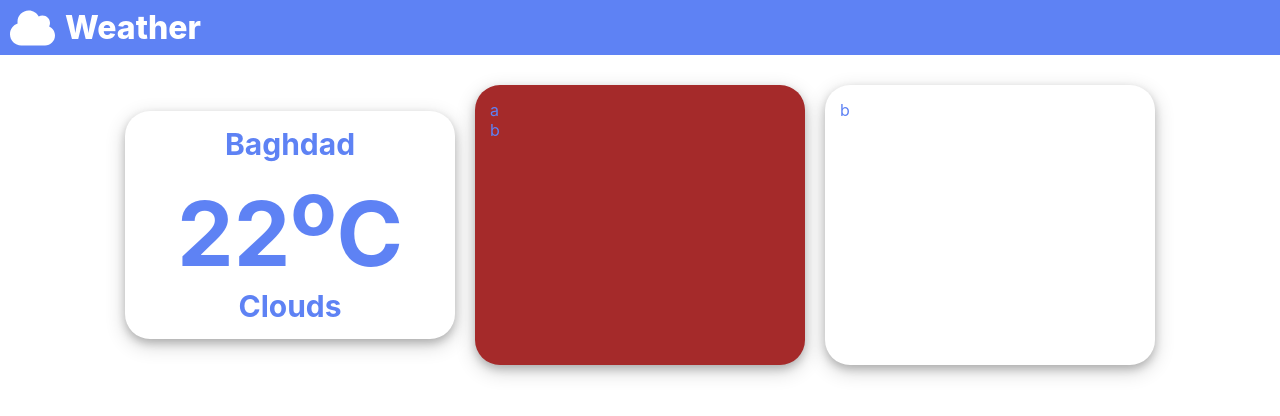
Repository: ahmedazawi/weather-app
Page: /
An editor plug-in stored every save of this project. The page is shown before and after the next save, followed by the edit.
The browser window is 1280 px wide. The pictures show the whole page.
The project was rebuilt for these pictures with package versions that can differ from the ones it lists, and the page was loaded fresh each time.

Above is the page before, as saved 2022-11-29 21:37:08.

### src/App.js
import "./App.css";
import Header from "./layout/Header";
import Details from "./components/Details";
function App() {
  return (
    <div className="App">
      <Header />
      <Details />
    </div>
  );
}

export default App;

### src/App.css
body {
  --primaryColor: #5e82f4;
  --borderRadius: 25px;
}

.nav {
  display: flex;
  align-items: center;
  height: 55px;
  background-color: var(--primaryColor);
}

### src/layout/Header.js
import React from "react";
import { FontAwesomeIcon } from "@fortawesome/react-fontawesome";
import { faCloud } from "@fortawesome/free-solid-svg-icons";
const Header = () => {
  return (
    <div className="nav">
      <div>
        <FontAwesomeIcon
          className="f-icon"
          icon={faCloud}
          color="White"
          style={{ marginLeft: "10px", fontSize: "40px" }}
        />
      </div>

      <h1 style={{ color: "white", marginLeft: "10px", fontWeight: "800" }}>
        Weather
      </h1>
    </div>
  );
};

export default Header;

### src/components/Details.js
import React from "react";
import "../assets/css/details.css";
const Details = () => {
  return (
    <div className="main">
      <div className="big-cards">
        <div>
          <div>Baghdad</div>
          <div
            style={{
              fontSize: "90px",
            }}
          >
            22<sup>o</sup>C
          </div>
          <div>Clouds</div>
        </div>
        <div>
          <div>a</div>
          <div>b</div>
        </div>
        <div>b</div>
      </div>
    </div>
  );
};

export default Details;

### src/assets/css/details.css
.main {
  width: 100%;
  display: flex;
  flex-direction: column;
}

.big-cards {
  width: 100%;
  min-height: fit-content;
  display: flex;
  flex-direction: row;
  flex-wrap: wrap;
  gap: 20px;
  align-items: center;
  justify-content: center;
  margin-top: 30px;
  color: var(--primaryColor);
}
.big-cards > div {
  width: 300px;
  height: 250px;
  background-color: white;
  padding: 15px;
  border-radius: var(--borderRadius);
  box-shadow: 0 4px 8px 0 rgba(0, 0, 0, 0.2), 0 6px 20px 0 rgba(0, 0, 0, 0.19);
}
.big-cards > div:first-child {
  display: flex;
  flex-direction: column;
  align-items: center;
  height: 100%;
}
.big-cards > div:first-child > div {
  font-size: 30px;
  font-weight: bold;
}
.big-cards > div:nth-child(2) {
  background-color: brown;
}

Loaded but not shown: public/index.html (common file); src/index.js (common file); src/index.css (common file)

After the next save:
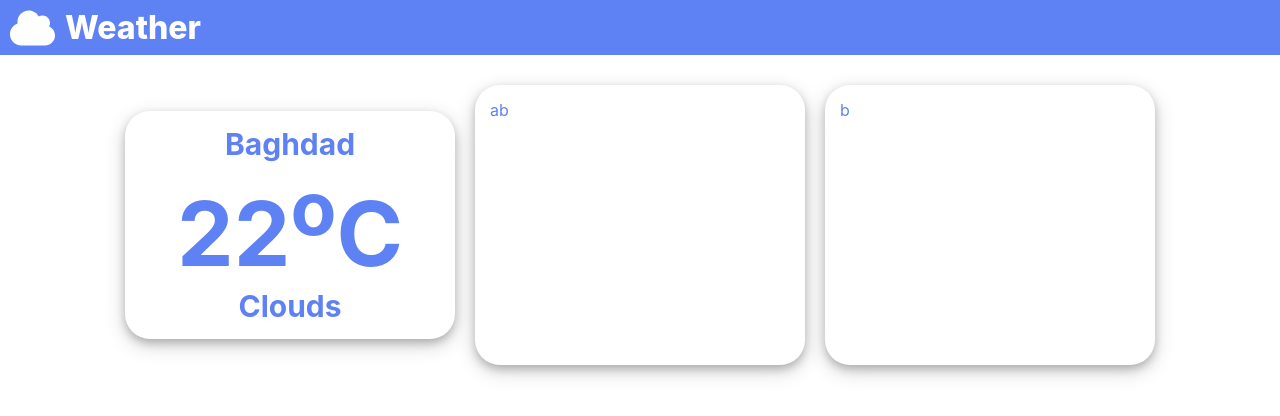
Saved 40 s later.
--- a/src/assets/css/details.css
+++ b/src/assets/css/details.css
@@ -35,5 +35,6 @@
   font-weight: bold;
 }
 .big-cards > div:nth-child(2) {
-  background-color: brown;
+  display: flex;
+  flex-direction: row;
 }
